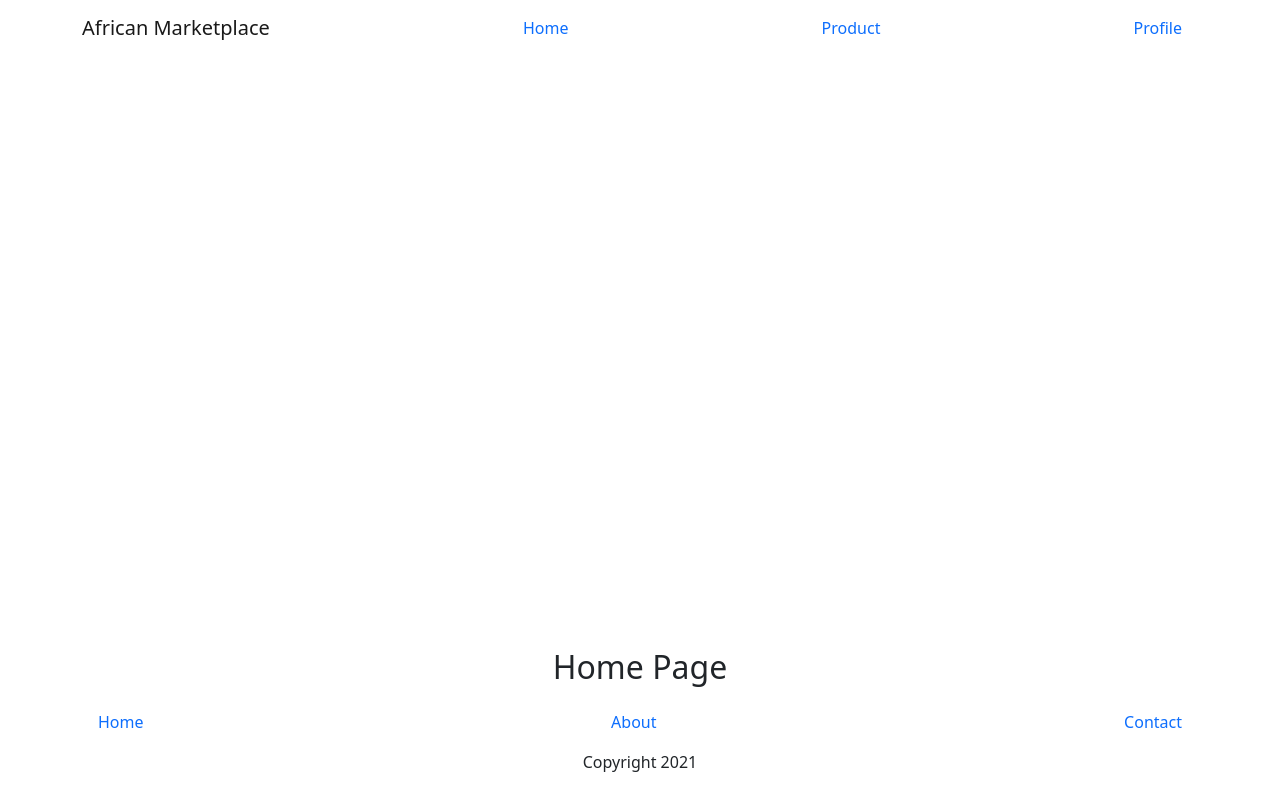
Repository: NelsonMaldonado/AfricanMarketplace
Page: / (app in african-marketplace/)
An editor plug-in stored every save of this project. The page is shown before and after the next save, followed by the edit.
The browser window is 1280 px wide. The pictures show the whole page.
The project was rebuilt for these pictures with package versions that can differ from the ones it lists, and the page was loaded fresh each time. Also part of the build but not shown: african-marketplace/src/component/404.js.

Above is the page before, as saved 2021-08-23 08:08:57.

### african-marketplace/src/index.css
body {
  margin: 0;
  font-family: -apple-system, BlinkMacSystemFont, 'Segoe UI', 'Roboto', 'Oxygen',
    'Ubuntu', 'Cantarell', 'Fira Sans', 'Droid Sans', 'Helvetica Neue',
    sans-serif;
  -webkit-font-smoothing: antialiased;
  -moz-osx-font-smoothing: grayscale;
}

code {
  font-family: source-code-pro, Menlo, Monaco, Consolas, 'Courier New',
    monospace;
}

header{
  height:90vh;
}

### african-marketplace/src/App.js
import "./App.css";
import Home from "./component/home";
import NavigationBar from "./component/navigation-bar";
import Page404 from "./component/404";
import Footer from "./component/footer";
import { BrowserRouter, Route, Switch } from "react-router-dom";

function App() {
  return (
    <div className="App">
      <header>
        <NavigationBar />
      </header>
      <main>
        <BrowserRouter>
          <Switch>
            <Route exact path="/">
              <Home />
            </Route>
            <Route path="/"> </Route>
            <Route path="/"> </Route>
            <Route>
              <Page404 />
            </Route>
          </Switch>
        </BrowserRouter>
      </main>
      <footer>
        <Footer />
      </footer>
    </div>
  );
}

export default App;

### african-marketplace/src/component/home.js
import React from "react";


export default function Home(props) {
  return (
    <div>
      <h2>Home Page</h2>

    </div>
  );
}

### african-marketplace/src/component/navigation-bar.js
import { Navbar, Nav, Container } from "react-bootstrap";
import "bootstrap/dist/css/bootstrap.min.css";

export default function NavigationBar(props) {
  return (
    <Navbar>
      <Container>
        <Navbar.Brand href="#">African Marketplace</Navbar.Brand>
        <Nav.Link href="#">Home</Nav.Link>
        <Nav.Link href="#">Product</Nav.Link>
        <Nav.Link href="#">Profile</Nav.Link>
      </Container>
    </Navbar>
  );
}

### african-marketplace/src/component/footer.js
import { Navbar, Nav, Container } from "react-bootstrap";
import "bootstrap/dist/css/bootstrap.min.css";

export default function Footer(props) {
  return (
    <div>
      <Navbar>
        <Container>
          <Nav.Link href="#">Home</Nav.Link>
          <Nav.Link href="#">About</Nav.Link>
          <Nav.Link href="#">Contact</Nav.Link>
        </Container>
      </Navbar>
      <p>Copyright 2021</p>
    </div>
  );
}

Loaded but not shown: african-marketplace/public/index.html (common file); african-marketplace/src/index.js (common file); african-marketplace/src/reportWebVitals.js (common file); african-marketplace/src/App.css (common file)

After the next save:
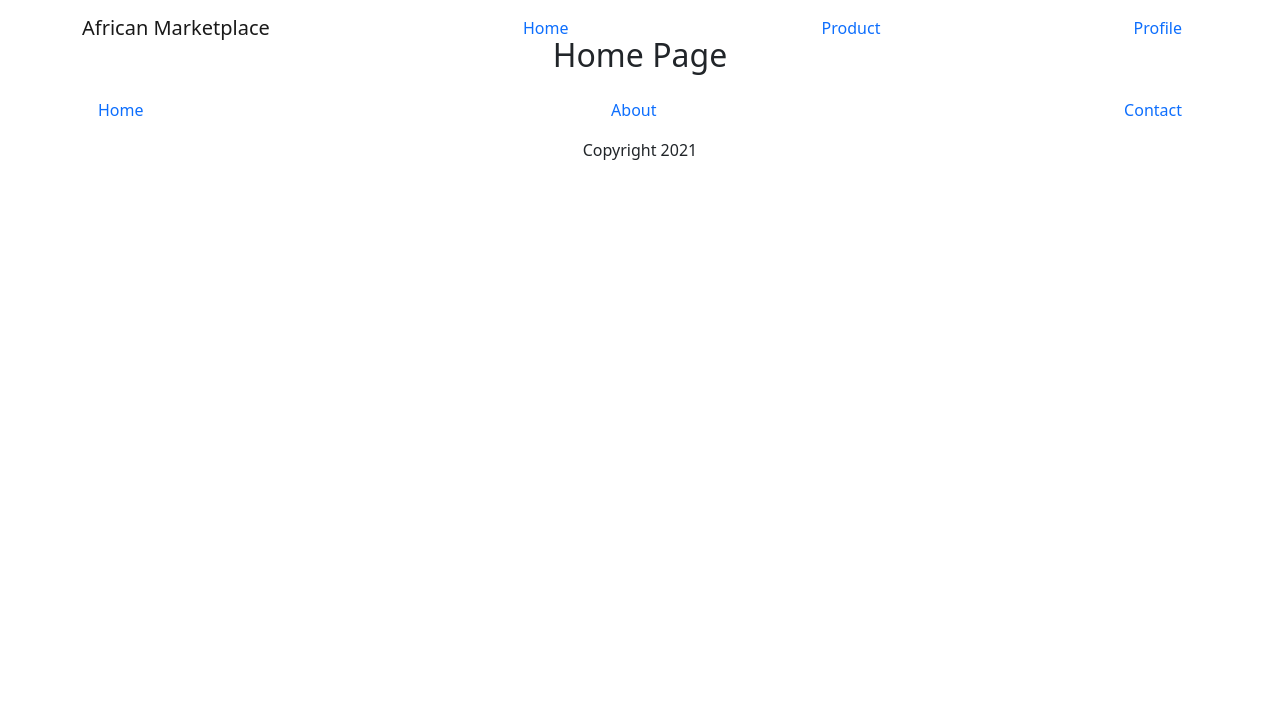
Saved 4 s later.
--- a/african-marketplace/src/index.css
+++ b/african-marketplace/src/index.css
@@ -13,5 +13,5 @@ code {
 }
 
 header{
-  height:90vh;
+  height:5vh;
 }
